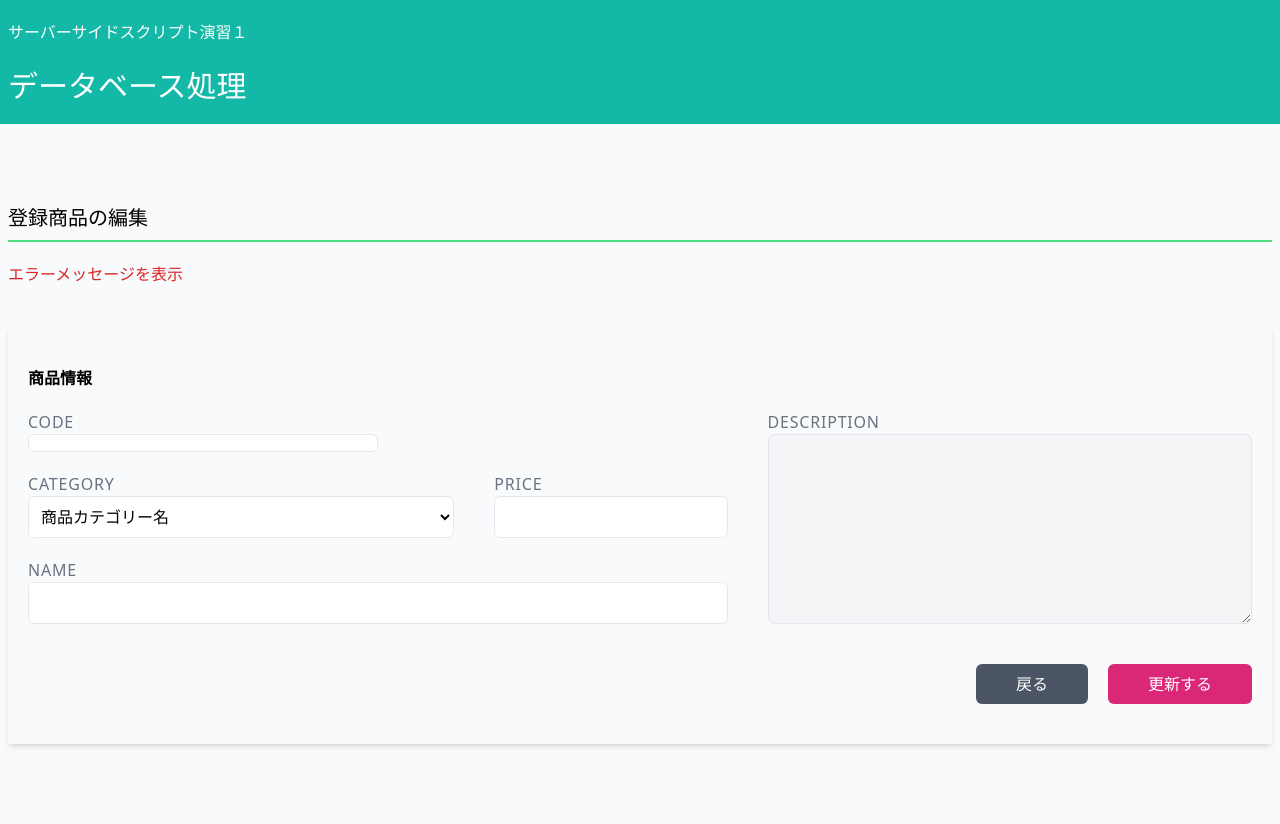
Repository: OkadaMiki/php1
Page: http://localhost/kadai09_1.php
An editor plug-in stored every save of this project. The page is shown before and after the next save, followed by the edit.
The browser window is 1280 px wide. The pictures show the whole page.
Some web libraries are served in a nearby version. The page is run by PHP 8.4 with error messages shown; the project is at /var/www/html/. The database holds what the project's SQL file puts in it.

Above is the page before, as saved 2024-07-04 16:39:07.

### kadai09_1.php
<?php

require_once __DIR__ . "/config.php";
require_once __DIR__ . "/utility.php";

$db = new mysqli(DB_HOST, DB_USER, DB_PASS, DB_NAME);

$db->set_charset("utf8");

$table = TB_PRODUCT;
$sql = "SELECT * FROM {$table} WHERE code = ?";
$stmt = $db->prepare($sql);
$stmt->bind_param("s", $productCode);
$stmt->execute();
$result = $stmt->get_result();


?>
<!DOCTYPE html>
<html lang="ja">

<head>
  <meta charset="UTF-8">
  <meta name="viewport" content="width=device-width, initial-scale=1.0">

  <!-- link -->
  <link href="asset/styles/style.css" rel="stylesheet">

  <!-- script -->
  <script src="https://cdn.tailwindcss.com"></script>
  <title>php1 - kadai09_1</title>
</head>

<body class="bg-slate-50">
  <div class="wrapper box-border">

    <header class="bg-teal-500">
      <div class="container mx-auto px-2 py-5">
        <h1 class="text-l text-white mb-6"><a href="#">サーバーサイドスクリプト演習１</a></h1>
        <h2 class="text-3xl text-white">データベース処理</h2>
      </div><!--/.container-->
    </header>

    <main>
      <div class="container w-full h-full mx-auto px-2 py-20">

        <div class="mb-10">
          <h3 class="text-xl border-b-2 border-green-400 pb-2 mb-5">登録商品の編集</h3>

          <!-- エラーメッセージ -->
          <p class="text-red-600">エラーメッセージを表示</p>

        </div>

        <div class="product-wrap px-5 py-10 shadow-md">
          <h4 class="font-bold mb-5">商品情報</h4>

          <form action="kadai09_2.php" method="POST">
            <input type="hidden" name="product_code" value="">

            <div class="flex flex-col md:flex-row mb-10">
              <div class="flex-grow mr-0 md:mr-10 mb-5 md:mb-0">
                <div class="mb-5">
                  <div class="flex flex-col w-6/12">
                    <label for="product_code" class="text-gray-500 text-left uppercase tracking-wider">code</label>
                    <p class="bg-white px-2 py-2 border rounded-md outline-none"></p>
                  </div>
                </div>

                <div class="flex justify-between mb-5">
                  <div class="flex flex-col flex-grow mr-10">
                    <label for="category" class="text-gray-500 text-left uppercase tracking-wider">category</label>
                    <select name="category" class="bg-white px-2 py-2 border  rounded-md outline-none focus:border-green-200">

                      <option value="" selected>商品カテゴリー名</option>

                    </select>
                  </div>
                  <div class="flex flex-col w-4/12">
                    <label for="price" class="text-gray-500 text-left uppercase tracking-wider">price</label>
                    <input type="text" name="price" id="price" class="px-2 py-2 border rounded-md outline-none focus:border-green-200" value="">
                  </div>
                </div>

                <div class="flex flex-col">
                  <label for="name" class="text-gray-500 text-left uppercase tracking-wider">name</label>
                  <input type="text" name="name" id="name" class="px-2 py-2 border rounded-md outline-none focus:border-green-200" value="">
                </div>
              </div>

              <div class="flex flex-col items-stretch flex-grow">
                <label for="description" class="text-gray-500 text-left uppercase tracking-wider">description</label>
                <textarea class="w-full h-full text-lg px-2 bg-gray-100 py-2 border rounded-md" disabled></textarea>
              </div>
            </div>

            <div class="flex flex-col sm:flex-row justify-end">
              <a href="kadai06_1.php" class="text-white text-center leading-10 bg-gray-600 px-10 mr-0 sm:mr-5 hover:bg-gray-500 rounded-md">戻る</a>
              <button type="submit" class="order-first sm:order-1 text-white text-center leading-10 bg-pink-600 px-10 mb-2 sm:mb-0 hover:bg-pink-500 rounded-md">更新する</button>
            </div>

          </form>

        </div><!--/.product-wrap-->

      </div><!--/.container-->
    </main>

  </div><!--/.wrapper-->
</body>

</html>

### config.php
<?php

// DB関係
// define("DB_HOST", "localhost");
// ふたつはおなじことしてる
const DB_HOST = "localhost";
const DB_USER = "mokada";
const DB_PASS = "eccMyAdmin";
const DB_NAME = "mokada";

const TB_PRODUCT = "php1_products";

### utility.php
<?php

//　汎用的な関数を定義

// htmlspecialchars
//　↓()の中にイコールで書くと初期値が設定できる
function h($str)
{
    return htmlspecialchars($str, ENT_QUOTES);
}

// セッションデータを参照
function old($key)
{
    if (session_status() === PHP_SESSION_NONE) {
        session_start();
    }

    return (!empty($_SESSION[$key])) ? h($_SESSION[$key]) : "";
}

// リダイレクトを行う関数
function redirect($location)
{
    header("Location: {$location}");
    exit;
}

### css/style.css
@charset "UTF-8";

html {
  scroll-behavior: smooth;
}
.wrapper {
  min-width: 320px;
}

### db/Products.sql (the tables this page reads)
CREATE TABLE  php1_products(
    `code`        VARCHAR(4)    PRIMARY KEY,    
    `name`        VARCHAR(64)   NOT NULL,       
    `price`       INT UNSIGNED,                 
    `category_id` INT UNSIGNED  NOT NULL        
);

INSERT INTO php1_products( `code`, `name`, `price`, `category_id` ) VALUES 
    ( "1901", "マルゲリータ", 980, 1 ),
    ( "1902", "アメリカン", 720, 1 ),
    ( "1903", "ジェノベーゼ", 1340, 1 ),
    ( "2901", "コーラ", 200, 2 ),
    ( "2902", "スプライト", 200, 2 ),
    ( "2903", "スーパードライ", 300, 2 ),
    ( "3901", "バニラシェイク", 590, 3 ),
    ( "3902", "ストロベリーシェイク", 590, 3 ),
    ( "3903", "プチパンケーキ", 460, 3 );

After the next save:
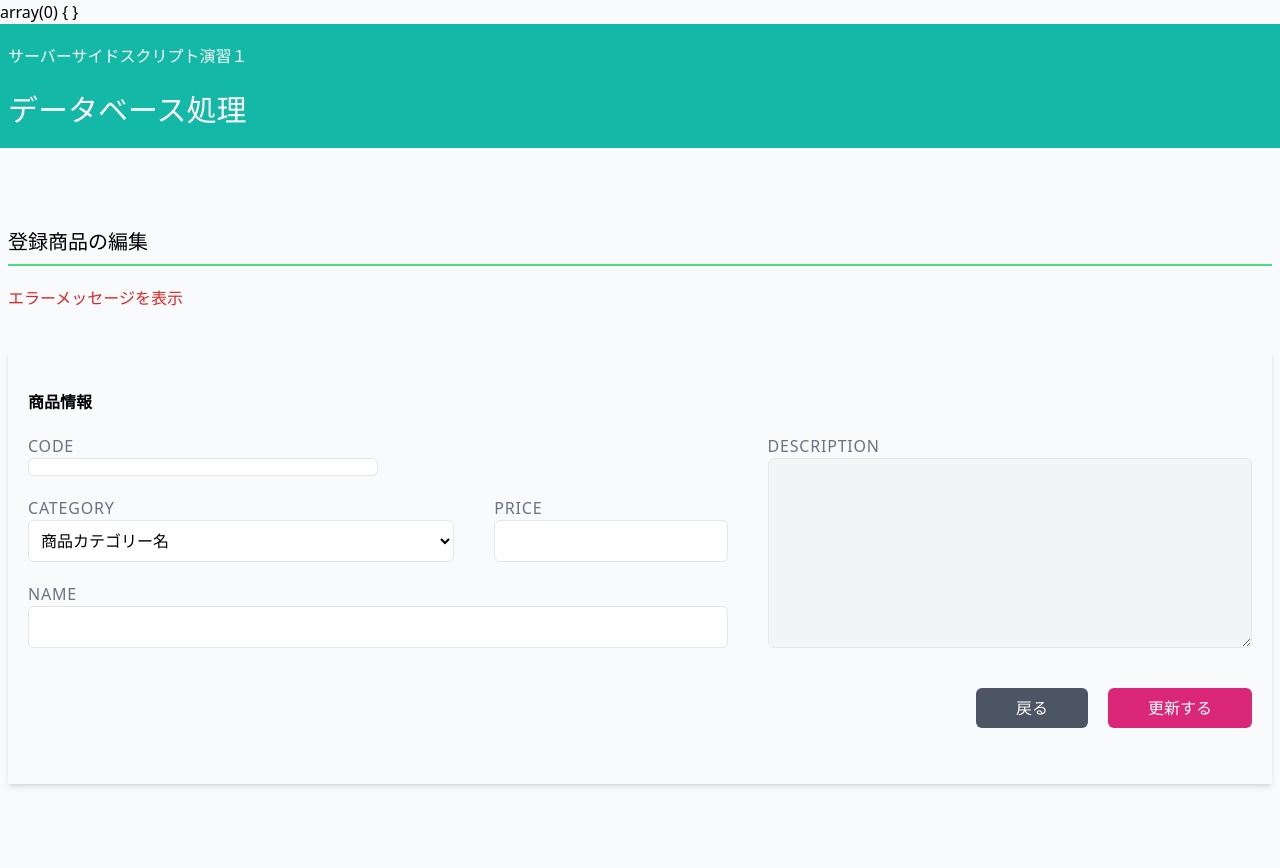
Saved 6 days later.
--- a/kadai09_1.php
+++ b/kadai09_1.php
@@ -5,15 +5,9 @@ require_once __DIR__ . "/utility.php";
 
 $db = new mysqli(DB_HOST, DB_USER, DB_PASS, DB_NAME);
 
-$db->set_charset("utf8");
-
-$table = TB_PRODUCT;
-$sql = "SELECT * FROM {$table} WHERE code = ?";
-$stmt = $db->prepare($sql);
-$stmt->bind_param("s", $productCode);
-$stmt->execute();
-$result = $stmt->get_result();
-
+// セッションの開始
+session_start();
+var_dump($_SESSION);
 
 ?>
 <!DOCTYPE html>
